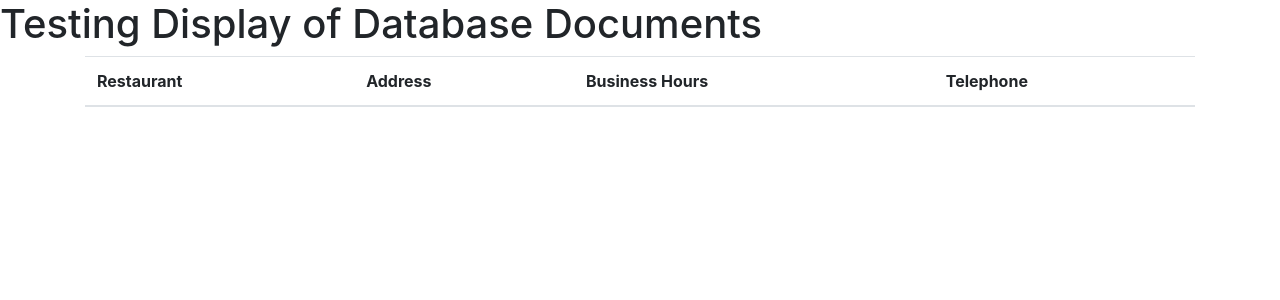
Repository: amcali/project-3
Page: http://localhost/
The author's editor kept a record of every edit. The page is drawn from the files as they stood at one moment, then again after the next edit.
The browser window is 1280 px wide. The pictures show the whole page.
The page is served by the project's application, run on Flask 3 (app.py).

Above is the page before.

### templates/index.template.html
<!doctype html>
<html lang="en">
  <head>
    <!-- Required meta tags -->
    <meta charset="utf-8">
    <meta name="viewport" content="width=device-width, initial-scale=1, shrink-to-fit=no">

    <!-- Bootstrap CSS -->
    <link rel="stylesheet" href="https://stackpath.bootstrapcdn.com/bootstrap/4.3.1/css/bootstrap.min.css" integrity="sha384-ggOyR0iXCbMQv3Xipma34MD+dH/1fQ784/j6cY/iJTQUOhcWr7x9JvoRxT2MZw1T" crossorigin="anonymous">

    <title>Hello, world!</title>
  </head>
  <body>
    <h1>Testing Display of Database Documents</h1>

    <div class="container">
        <table class='table'>
            <thead>
                <tr>
                    <th>Restaurant</th>

                    <th>Address</th>

                    <th>Business Hours</th>

                    <th>Telephone</th>
                </tr>
            </thead>
            {% for each_result in results %}
            <tr>
                <td>
                    {{ each_result["name"] }}
                </td>
                <td>
                    {{ each_result["address"]["country"] }}
                </td>
                <td>
                    {% for each_amentity in each_result['amenities'] %}
                    <span>{{each_amentity }}</span>,
                    {%endfor%}
                </td>
            </tr>
            {%endfor%}
        </table>



    </div>
    <!-- Optional JavaScript -->
    <!-- jQuery first, then Popper.js, then Bootstrap JS -->
    <script src="https://code.jquery.com/jquery-3.3.1.slim.min.js" integrity="sha384-q8i/X+965DzO0rT7abK41JStQIAqVgRVzpbzo5smXKp4YfRvH+8abtTE1Pi6jizo" crossorigin="anonymous"></script>
    <script src="https://cdnjs.cloudflare.com/ajax/libs/popper.js/1.14.7/umd/popper.min.js" integrity="sha384-UO2eT0CpHqdSJQ6hJty5KVphtPhzWj9WO1clHTMGa3JDZwrnQq4sF86dIHNDz0W1" crossorigin="anonymous"></script>
    <script src="https://stackpath.bootstrapcdn.com/bootstrap/4.3.1/js/bootstrap.min.js" integrity="sha384-JjSmVgyd0p3pXB1rRibZUAYoIIy6OrQ6VrjIEaFf/nJGzIxFDsf4x0xIM+B07jRM" crossorigin="anonymous"></script>
  </body>
</html>

### app.py
from flask import Flask, render_template, request, redirect, url_for
import pymongo
import os

app = Flask(__name__)

# Flask Routes Begin Here
@app.route('/')
def home():
    return render_template('index.template.html')

@app.route('/restaurants')
def restaurants():
    return render_template('restaurants.template.html')

@app.route('/add_restaurant')
def add_restaurant():
    return render_template('add-restaurant.template.html')


# 1. Retrieve the environment variables
MONGO_URI = os.getenv('MONGO_URI')
DATABASE_NAME = 'restaurant_reviews'

# 2. Create the connection
conn = pymongo.MongoClient(MONGO_URI)

# 3. Query
# doc = conn[DATABASE_NAME]["listingsAndReviews"].find({
#     'address.country':'Canada'
# }).limit(10)

# for d in doc:
#     print("Name:", d['name'])
#     print("Price: $", d['price'])
#     print('-------')

# "magic code" -- boilerplate
if __name__ == '__main__':
   app.run(host=os.environ.get('IP'),
           port=int(os.environ.get('PORT')),
           debug=True)

After the next edit:
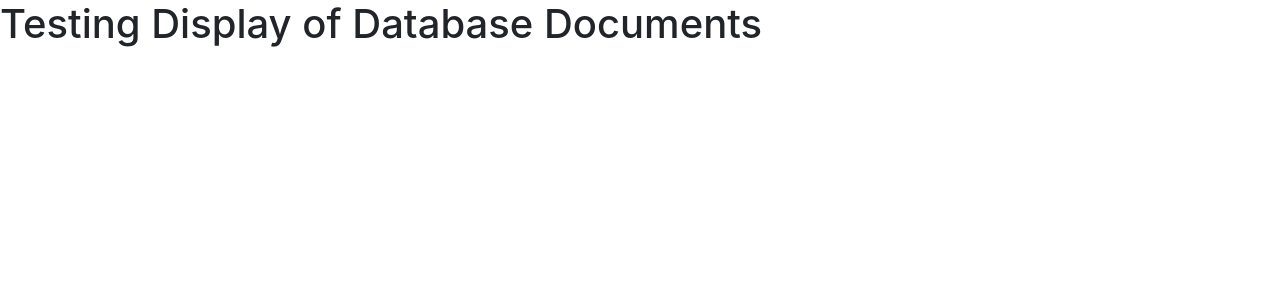
The edit:
--- a/templates/index.template.html
+++ b/templates/index.template.html
@@ -14,35 +14,6 @@
     <h1>Testing Display of Database Documents</h1>
 
     <div class="container">
-        <table class='table'>
-            <thead>
-                <tr>
-                    <th>Restaurant</th>
-
-                    <th>Address</th>
-
-                    <th>Business Hours</th>
-
-                    <th>Telephone</th>
-                </tr>
-            </thead>
-            {% for each_result in results %}
-            <tr>
-                <td>
-                    {{ each_result["name"] }}
-                </td>
-                <td>
-                    {{ each_result["address"]["country"] }}
-                </td>
-                <td>
-                    {% for each_amentity in each_result['amenities'] %}
-                    <span>{{each_amentity }}</span>,
-                    {%endfor%}
-                </td>
-            </tr>
-            {%endfor%}
-        </table>
-
 
 
     </div>
